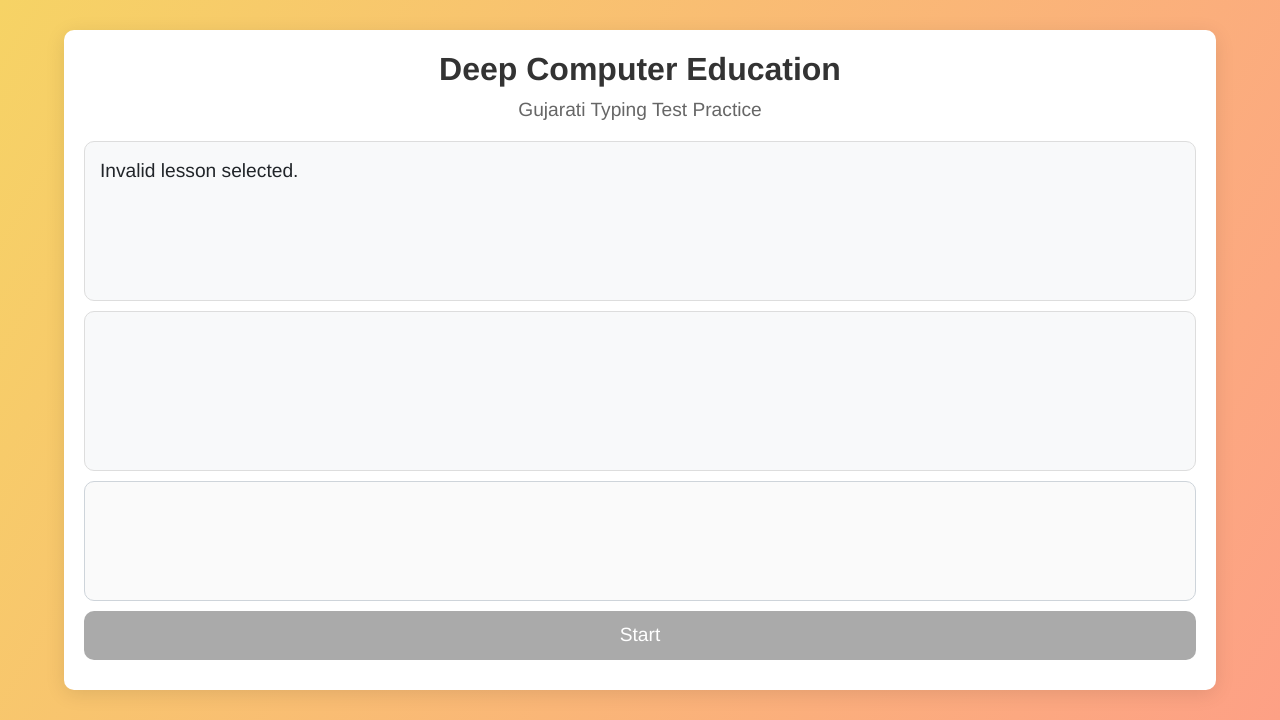
Repository: ssj27072002/Gujarati-typing-test
Page: typingGame/typingTest.html
An editor plug-in stored every save of this project. The page is shown before and after a run of saves, followed by the edit.
The browser window is 1280 px wide. The pictures show the whole page.

Above is the page before, as saved 2024-06-25 18:55:50.
Console error: TypeError: Cannot read properties of null (reading 'addEventListener')

### typingGame/typingTest.html
<!DOCTYPE html>
<html lang="en">
<head>
    <meta charset="UTF-8">
    <meta name="viewport" content="width=device-width, initial-scale=1.0">
    <title>Gujarati Typing Test</title>
    <link href="https://stackpath.bootstrapcdn.com/bootstrap/4.5.2/css/bootstrap.min.css" rel="stylesheet">
    <link rel="stylesheet" href="css/style.css">
</head>
<body>
    <div class="typing-section">
        <div class="header">
            <h1>Deep Computer Education</h1>
            <h2>Gujarati Typing Test Practice</h2>
            <div class="timer" id="show-time"></div>
        </div>
        <div id="showSentence" class="scrollable-paragraph"></div>
        <div id="coloredText" class="styled-textarea"></div>
        <textarea id="textarea" class="styled-textarea" disabled></textarea>
        <button id="btn" class="styled-button">Start</button>
        <div id="score"></div>
    </div>
    <script src="js/index.js"></script>
</body>
</html>

### typingGame/css/style.css
/* General Styles */
body {
    font-family: 'Helvetica Neue', sans-serif;
    background: linear-gradient(120deg, #f6d365 0%, #fda085 100%);
    margin: 0;
    padding: 0;
    display: flex;
    justify-content: center;
    align-items: center;
    height: 100vh;
    box-sizing: border-box;
    overflow: hidden;
}

/* Index Page Styles */
.lesson-section {
    background-color: #ffffff;
    padding: 40px;
    border-radius: 10px;
    box-shadow: 0 4px 20px rgba(0, 0, 0, 0.1);
    text-align: center;
    width: 80%;
    max-width: 1200px;
    height: 80%;
    display: flex;
    flex-direction: column;
    justify-content: center;
    align-items: center;
}

.header {
    margin-bottom: 30px;
}

.header h1 {
    font-size: 2rem; /* Reduced font size */
    font-weight: bold;
    color: #333;
    margin-bottom: 10px;
}

.header h2 {
    font-size: 1.2rem; /* Reduced font size */
    color: #666;
}

.lessons {
    display: flex;
    flex-wrap: wrap;
    justify-content: space-between;
    width: 100%;
    max-width: 900px; /* Adjusted for better spacing and alignment */
    overflow: auto; /* Enable scrolling when needed */
    max-height: 400px; /* Limit height to allow scrolling */
    padding-right: 10px; /* Adjust for scrollbar width */
}

.lesson-card {
    background-color: #17a2b8;
    color: #fff;
    padding: 20px;
    border-radius: 10px;
    cursor: pointer;
    transition: background-color 0.3s, transform 0.3s;
    margin-bottom: 20px;
    text-align: center;
    font-size: 1.2rem;
    font-weight: 500;
    width: calc(50% - 20px); /* Two cards per row */
    flex: 0 0 auto; /* Prevent items from growing */
    box-shadow: 0 4px 8px rgba(0, 0, 0, 0.1); /* Add subtle shadow */
}

.lesson-card:hover {
    background-color: #138496;
    transform: translateY(-5px); /* Lift card on hover */
}

/* Typing Test Page Styles */
.typing-section {
    background-color: #ffffff;
    padding: 20px; /* Reduced padding */
    border-radius: 10px;
    box-shadow: 0 4px 20px rgba(0, 0, 0, 0.1);
    text-align: center;
    width: 90%;
    max-width: 1200px;
    height: auto; /* Adjust to content height */
    display: flex;
    flex-direction: column;
    justify-content: flex-start; /* Adjust alignment */
}

.header {
    margin-bottom: 10px;
}

.header h1 {
    font-size: 2rem; /* Reduced font size */
    font-weight: bold;
    color: #333;
    margin-bottom: 10px;
}

.header h2 {
    font-size: 1.2rem; /* Reduced font size */
    color: #666;
}

.timer {
    font-size: 1.5rem; /* Reduced font size */
    color: #333;
    margin-bottom: 10px;
}

#showSentence {
    height: 120px; /* Adjusted height */
    overflow-y: auto;
    margin-bottom: 10px;
    font-size: 1.2rem;
    text-align: left;
    border: 1px solid #ddd;
    border-radius: 10px;
    padding: 15px;
    background-color: #f8f9fa;
}

#coloredText {
    height: 120px; /* Adjusted height */
    overflow-y: auto;
    margin-bottom: 10px;
    font-size: 1.2rem;
    text-align: left;
    white-space: pre-wrap;
    word-wrap: break-word;
    border: 1px solid #ddd; /* Added border for consistency */
    border-radius: 10px; /* Added border radius for consistency */
    padding: 15px;
    background-color: #f8f9fa; /* Added background color for consistency */
}

.styled-textarea {
    width: 100%;
    height: 120px; /* Adjusted height */
    padding: 15px; /* Kept padding the same */
    border-radius: 10px;
    border: 1px solid #ced4da;
    font-size: 1.2rem; /* Kept font size the same */
    margin-bottom: 10px;
    resize: none;
    overflow-y: auto; /* Enable vertical scrolling */
}

.styled-button {
    padding: 10px 20px; /* Adjusted padding */
    border: none;
    border-radius: 10px;
    background-color: #007bff;
    color: #fff;
    font-size: 1.2rem; /* Kept font size */
    cursor: pointer;
    transition: background-color 0.3s, transform 0.3s;
}

.styled-button:hover {
    background-color: #0056b3;
    transform: scale(1.05);
}

.styled-button:disabled {
    background-color: #aaa;
    cursor: not-allowed;
}

.error {
    color: #dc3545;
}

.correct {
    color: #28a745;
}

#score {
    font-size: 1.2rem; /* Reduced font size */
    color: #333;
    margin-top: 10px;
}
#showSentence {
    height: 160px; /* Increased height */
    overflow-y: auto;
    margin-bottom: 10px;
    font-size: 1.2rem;
    text-align: left;
    border: 1px solid #ddd;
    border-radius: 10px;
    padding: 15px;
    background-color: #f8f9fa;
}

#coloredText {
    height: 160px; /* Increased height */
    overflow-y: auto;
    margin-bottom: 10px;
    font-size: 1.2rem;
    text-align: left;
    white-space: pre-wrap;
    word-wrap: break-word;
    border: 1px solid #ddd; /* Added border for consistency */
    border-radius: 10px; /* Added border radius for consistency */
    padding: 15px;
    background-color: #f8f9fa; /* Added background color for consistency */
}

.styled-textarea {
    width: 100%;
    height: 120px; /* Kept height the same */
    padding: 15px; /* Kept padding the same */
    border-radius: 10px;
    border: 1px solid #ced4da;
    font-size: 1.2rem; /* Kept font size the same */
    margin-bottom: 10px;
    resize: none;
    overflow-y: auto; /* Enable vertical scrolling */
}
/* Define styles for different themes */
.default-theme {
    background-color: #f8f9fa;
    color: #333;
    border: 1px solid #ced4da;
}

.dark-theme {
    background-color: #333;
    color: #fff;
    border: 1px solid #666;
}

.light-theme {
    background-color: #fff;
    color: #333;
    border: 1px solid #ddd;
}

### typingGame/js/index.js
document.addEventListener('DOMContentLoaded', function () {
    const typingGround = document.querySelector('#textarea');
    const btn = document.querySelector('#btn');
    const score = document.querySelector('#score');
    const showSentence = document.querySelector('#showSentence');
    const showTime = document.querySelector('#show-time');
    const coloredText = document.querySelector('#coloredText');

    const urlParams = new URLSearchParams(window.location.search);
    const lesson = urlParams.get('lesson');

    let startTime, endTime, totalTimeTaken, sentenceToWrite;
    let correctWords = 0, backspaceCount = 0;
    let timeLimit = 600; // 10 minutes in seconds
    let intervalID;

    const paragraphs = {
        1: `સુભાષચન્દ્ર બોઝ જે નેતાજીના હુલામણા નામથી પણ`,
        2: `અ આ ઇ ઈ ઉ ઊ ઋ એ ઐ ઓ ઔ અં અઃ કા કી કુ કૂ કે કૈ કો કૌ કં કઃ`,
        3: `બકમા વછીસ બકમા વછીસ બકમા વછીસ બકમા વછીસ બકમા વછીસ બકમા વછીસ બકમા વછીસ બકમા વછીસ બકમા વછીસ બકમા વછીસ બકમા વછીસ બકમા વછીસ બકમા વછીસ બકમા વછીસ બકમા વછીસ
        બકમા વછીસ બકમા વછીસ બકમા વછીસ બકમા વછીસ બકમા વછીસ
        બકમા વછીસ બકમા વછીસ બકમા વછીસ બકમા વછીસ બકમા વછીસ
        બકમા વછીસ બકમા વછીસ બકમા વછીસ બકમા વછીસ બકમા વછીસ
        બકમા વછીસ બકમા વછીસ બકમા વછીસ બકમા વછીસ બકમા વછીસ
        બકમા વછીસ બકમા વછીસ બકમા વછીસ બકમા વછીસ બકમા વછીસ
        બકમા વછીસ બકમા વછીસ બકમા વછીસ બકમા વછીસ બકમા વછીસ
        બકમા વછીસ બકમા વછીસ બકમા વછીસ બકમા વછીસ બકમા વછીસ
        બકમા વછીસ બકમા વછીસ બકમા વછીસ બકમા વછીસ બકમા વછીસ
        બકમા વછીસ બકમા વછીસ બકમા વછીસ બકમા વછીસ બકમા વછીસ
        બકમા વછીસ બકમા વછીસ બકમા વછીસ બકમા વછીસ બકમા વછીસ
        બકમા વછીસ બકમા વછીસ બકમા વછીસ બકમા વછીસ બકમા વછીસ
        બકમા વછીસ બકમા વછીસ બકમા વછીસ બકમા વછીસ બકમા વછીસ
        બકમા વછીસ બકમા વછીસ બકમા વછીસ બકમા વછીસ બકમા વછીસ
        બકમા વછીસ બકમા વછીસ બકમા વછીસ બકમા વછીસ બકમા વછીસ
        બકમા વછીસ બકમા વછીસ બકમા વછીસ બકમા વછીસ બકમા વછીસ
        બકમા વછીસ બકમા વછીસ બકમા વછીસ બકમા વછીસ બકમા વછીસ
        બકમા વછીસ બકમા વછીસ બકમા વછીસ બકમા વછીસ બકમા વછીસ
        બકમા વછીસ બકમા વછીસ બકમા વછીસ બકમા વછીસ બકમા વછીસ
        બકમા વછીસ બકમા વછીસ બકમા વછીસ બકમા વછીસ બકમા વછીસ
        બકમા વછીસ બકમા વછીસ બકમા વછીસ બકમા વછીસ બકમા વછીસ
        બકમા વછીસ બકમા વછીસ બકમા વછીસ બકમા વછીસ બકમા વછીસ
        બકમા વછીસ બકમા વછીસ બકમા વછીસ બકમા વછીસ બકમા વછીસ
        બકમા વછીસ બકમા વછીસ બકમા વછીસ બકમા વછીસ બકમા વછીસ
        બકમા વછીસ બકમા વછીસ બકમા વછીસ બકમા વછીસ બકમા વછીસ
        બકમા વછીસ બકમા વછીસ બકમા વછીસ બકમા વછીસ બકમા વછીસ
        બકમા વછીસ બકમા વછીસ બકમા વછીસ બકમા વછીસ બકમા વછીસ
        બકમા વછીસ બકમા વછીસ બકમા વછીસ બકમા વછીસ બકમા વછીસ
        બકમા વછીસ બકમા વછીસ બકમા વછીસ બકમા વછીસ બકમા વછીસ
        બકમા વછીસ બકમા વછીસ બકમા વછીસ બકમા વછીસ બકમા વછીસ`,
        4: `સરસ સહજ સત્ય સાવચેતી, સાવકે સજળ સરોવર સહનશે.`,
        5: `પ્રેમાનંદ ભટ્ટ મધ્યકાલીન ગુજરાતી કવિ હતા. તેઓ પોતાની અખૈયા રચનાઓ માટે જાણીતા છે. પ્રેમાનંદ માણભટ્ટની પરંપરાનાં કવિ મનાય છે.`
        // Add more lessons here
    };

    if (lesson && paragraphs[lesson]) {
        sentenceToWrite = paragraphs[lesson].split(' ');
        showSentence.innerHTML = paragraphs[lesson];
    } else {
        showSentence.innerHTML = 'Invalid lesson selected.';
        btn.setAttribute('disabled', 'true');
        typingGround.setAttribute('disabled', 'true');
    }

    const calculateTypingSpeed = (time_taken) => {
        let typingSpeed = (correctWords / time_taken) * 60;
        typingSpeed = Math.round(typingSpeed);

        const incorrectWords = sentenceToWrite.length - correctWords;

        score.innerHTML = `Your typing speed is ${typingSpeed} words per minute. Correct words: ${correctWords}, Incorrect words: ${incorrectWords}, Backspaces: ${backspaceCount}, Time taken: ${time_taken} sec.`;
    };

    const endTypingTest = () => {
        btn.innerText = "Start";
        clearInterval(intervalID);
        const date = new Date();
        endTime = date.getTime();

        totalTimeTaken = (endTime - startTime) / 1000;

        calculateTypingSpeed(totalTimeTaken);

        typingGround.setAttribute('disabled', 'true');
    };

    const showTimer = () => {
        intervalID = setInterval(() => {
            if (timeLimit > 0) {
                timeLimit--;
                const minutes = Math.floor(timeLimit / 60);
                const seconds = timeLimit % 60;
                showTime.innerHTML = `${minutes}m ${seconds}s`;
            } else {
                endTypingTest();
            }
        }, 1000);
    };

    const startTyping = () => {
        typingGround.value = '';
        coloredText.innerHTML = '';
        typingGround.removeAttribute('disabled');
        btn.removeAttribute('disabled');
        showSentence.innerHTML = paragraphs[lesson];

        correctWords = 0;
        backspaceCount = 0;
        timeLimit = 600; // reset to 10 minutes

        const date = new Date();
        startTime = date.getTime();
        btn.innerText = "Done";

        showTimer();
    };

    typingGround.addEventListener('input', () => {
        const userInput = typingGround.value.trim();
        const userWords = userInput.split(/\s+/);

        coloredText.innerHTML = '';

        userWords.forEach((word, index) => {
            const span = document.createElement('span');
            if (index < sentenceToWrite.length) {
                if (word === sentenceToWrite[index]) {
                    span.classList.add('correct');
                } else {
                    span.classList.add('error');
                }
                span.textContent = word + ' ';
                coloredText.appendChild(span);
            }
        });

        // Track correct words
        correctWords = userWords.filter((word, index) => word === sentenceToWrite[index]).length;
    });

    typingGround.addEventListener('keydown', (e) => {
        if (e.key === 'Backspace') {
            backspaceCount++;
        }
    });

    btn.addEventListener('click', () => {
        if (btn.innerText.toLowerCase() === "start") {
            startTyping();
        } else if (btn.innerText.toLowerCase() === "done") {
            endTypingTest();

        }
    });// Function to apply the selected theme to all text areas
function applyTheme(theme) {
    const textareas = document.querySelectorAll('.styled-textarea');
    textareas.forEach(textarea => {
        textarea.classList.remove('default-theme', 'dark-theme', 'light-theme');
        textarea.classList.add(theme + '-theme');
    });
}

// Event listener for theme selector
document.getElementById('themeSelector').addEventListener('change', function() {
    const selectedTheme = this.value;
    applyTheme(selectedTheme);
});

// Initially apply the default theme
applyTheme('default');

});

After the next 2 saves:
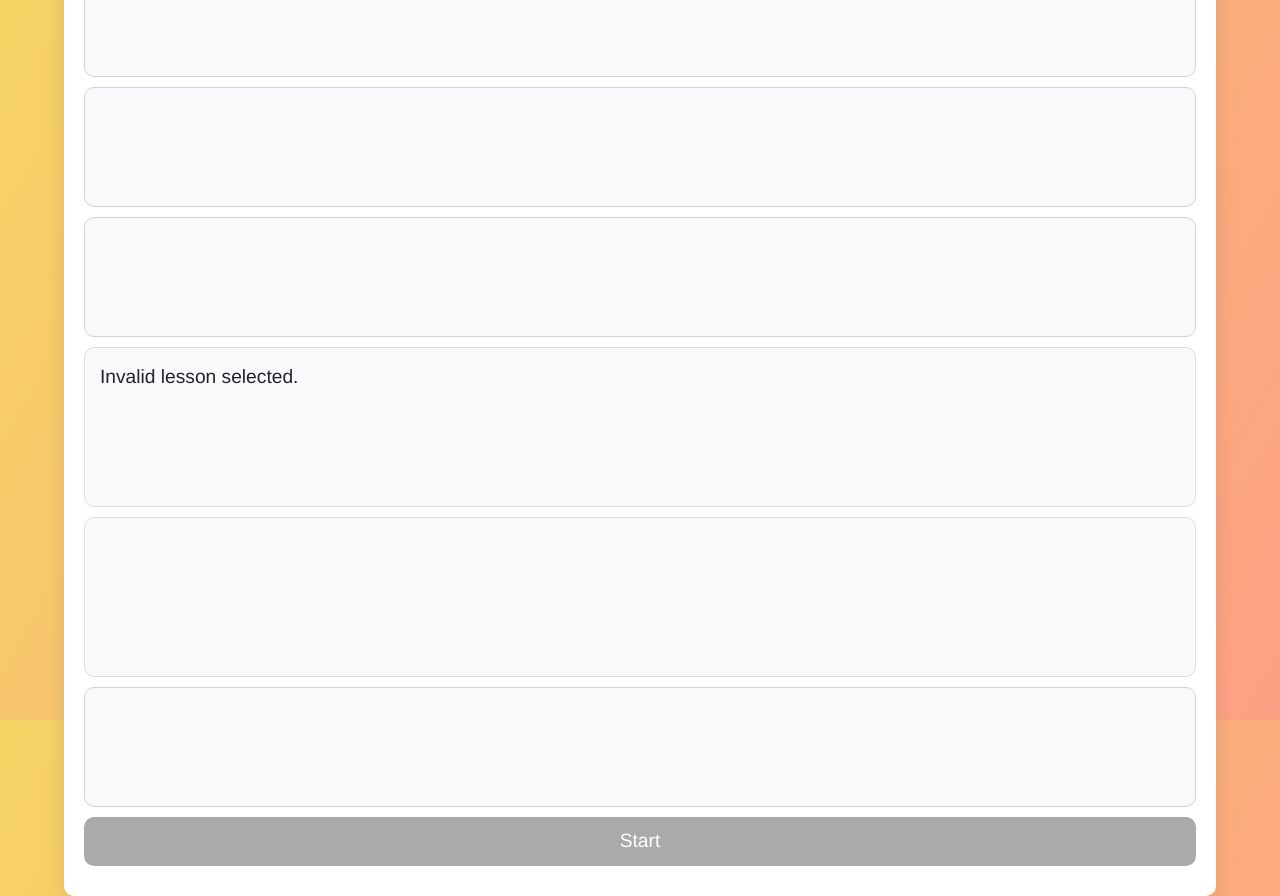
The error is gone.
The 2 saves are shown as one change because they came seconds apart.
The last was saved 26 s later.
--- a/typingGame/typingTest.html
+++ b/typingGame/typingTest.html
@@ -14,6 +14,16 @@
             <h2>Gujarati Typing Test Practice</h2>
             <div class="timer" id="show-time"></div>
         </div>
+        <select id="themeSelector">
+            <option value="default">Default</option>
+            <option value="dark">Dark</option>
+            <option value="light">Light</option>
+        </select>
+
+        <textarea id="textarea1" class="styled-textarea"></textarea>
+        <textarea id="textarea2" class="styled-textarea"></textarea>
+        <textarea id="textarea3" class="styled-textarea"></textarea>
+
         <div id="showSentence" class="scrollable-paragraph"></div>
         <div id="coloredText" class="styled-textarea"></div>
         <textarea id="textarea" class="styled-textarea" disabled></textarea>
